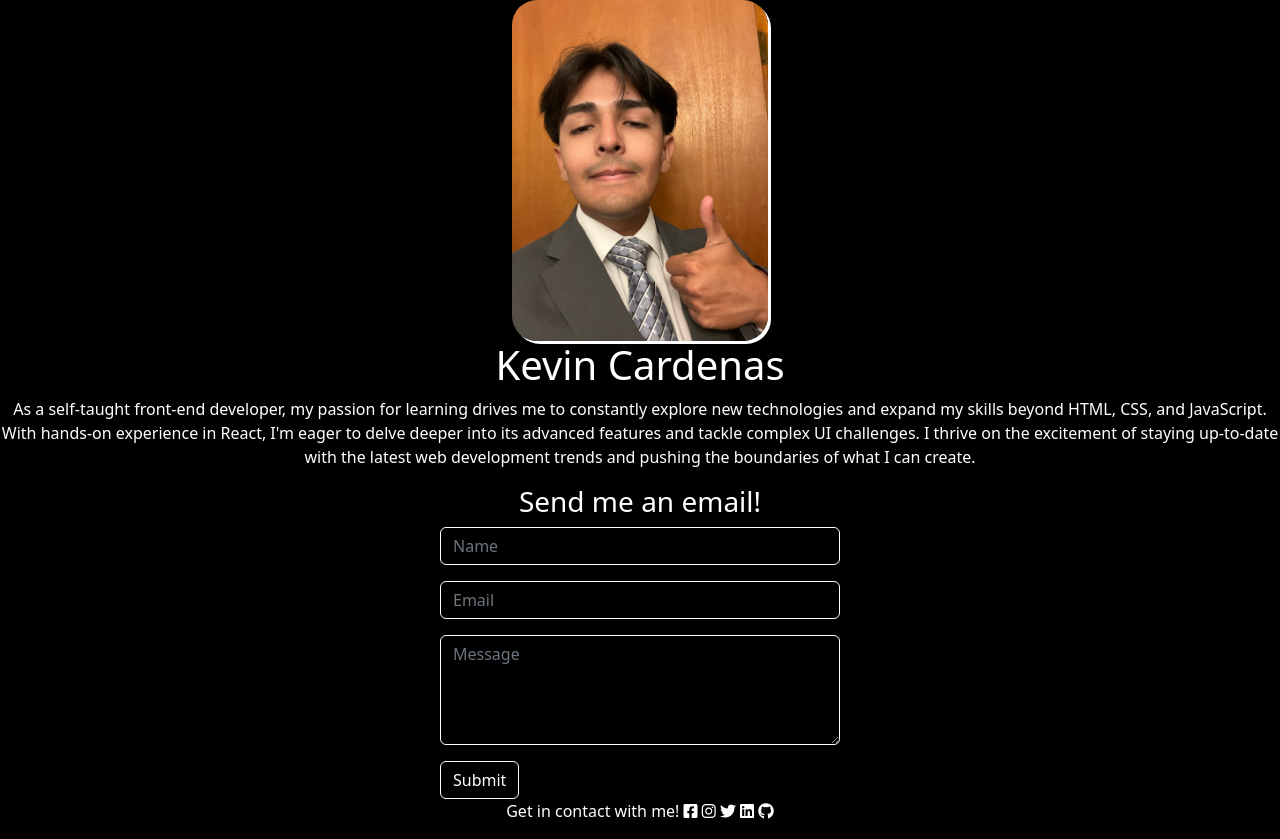
Repository: elqueben/elqueben.github.io
Page: public/index.html
An editor plug-in stored every save of this project. The page is shown before and after the next save, followed by the edit.
The browser window is 1280 px wide. The pictures show the whole page.

Above is the page before, as saved 2023-06-20 12:24:53.

### public/index.html
<!DOCTYPE html>
<html lang="en">
<head>
  <meta charset="UTF-8">
  <meta name="viewport" content="width=device-width, initial-scale=1.0">
  <link rel="stylesheet" href="https://cdnjs.cloudflare.com/ajax/libs/font-awesome/6.4.0/css/all.min.css" integrity="sha512-iecdLmaskl7CVkqkXNQ/ZH/XLlvWZOJyj7Yy7tcenmpD1ypASozpmT/E0iPtmFIB46ZmdtAc9eNBvH0H/ZpiBw==" crossorigin="anonymous" referrerpolicy="no-referrer" />
  <link rel="stylesheet" href="https://cdn.jsdelivr.net/npm/bootstrap@5.2.3/dist/css/bootstrap.min.css" integrity="sha384-rbsA2VBKQhggwzxH7pPCaAqO46MgnOM80zW1RWuH61DGLwZJEdK2Kadq2F9CUG65" crossorigin="anonymous">
  <link rel="stylesheet" href="styles.css">
  <title>elqueben</title>
</head>
<body>
  <div>
    <img id="pfp" src="me.jpg" />
  </div>
  <div>
  <h1 class="text-center">Kevin Cardenas</h1>
  <p class="text-center">As a self-taught front-end developer, my passion for learning drives me to constantly explore new technologies and expand my skills beyond HTML, CSS, and JavaScript. With hands-on experience in React, I'm eager to delve deeper into its advanced features and tackle complex UI challenges. I thrive on the excitement of staying up-to-date with the latest web development trends and pushing the boundaries of what I can create.</p>
  </div>
  <div>
    <div>
      <h3 class="text-center">Send me an email!</h3>
      <form class="my-form">
        <div class="mb-3">
          <input type="text" name="name" class="form-control" placeholder="Name">
        </div>
        <div class="mb-3">
          <input type="email" name="email" class="form-control" placeholder="Email">
        </div>
        <div class="mb-3">
          <textarea class="form-control" rows="4" placeholder="Message"></textarea>
        </div>
        <button type="submit" class="btn btn-primary">Submit</button>
      </form>
    </div>
  </div>
  <div class="text-center">
    <p>Get in contact with me!
      <a href="https://www.facebook.com/eselqueben/" target="_blank"><i class="fa fa-brands fa-square-facebook"></i></a>
      <a href="https://www.instagram.com/elqueben/" target="_blank"><i class="fa fa-brands fa-instagram"></i></a>
      <a href="https://twitter.com/eselqueben" target="_blank"><i class="fa fa-brands fa-twitter"></i></a>
      <a href="https://www.linkedin.com/in/elqueben/" target="_blank"><i class="fa fa-brands fa-linkedin"></i></a>
      <a href="https://github.com/elqueben" target="_blank"><i class="fa fa-brands fa-github"></i></a>
    </p>
  </div>
</body>
</html>

### public/styles.css
#pfp {
    width: 20%;
    display: block;
    margin: 0 auto;
    border: 2px;
    border-radius: 25px;
    box-shadow: 3px 3px;
}

body {
    background-color: #000;
    color: #fff;
}

.my-form {
    max-width: 400px;
    margin: 0 auto;
}

.form-control {
    background-color: #000;
    border: 1px solid #fff;
    color: #fff;
}

.btn-primary {
    background-color: #000;
    border-color: #fff;
}

.btn-primary:hover {
    background-color: #333;
    border-color: #fff;
    color: #fff;
}

.fa {
    color: #fff;
}

.fa:hover {
    color: #333;
  }

After the next save:
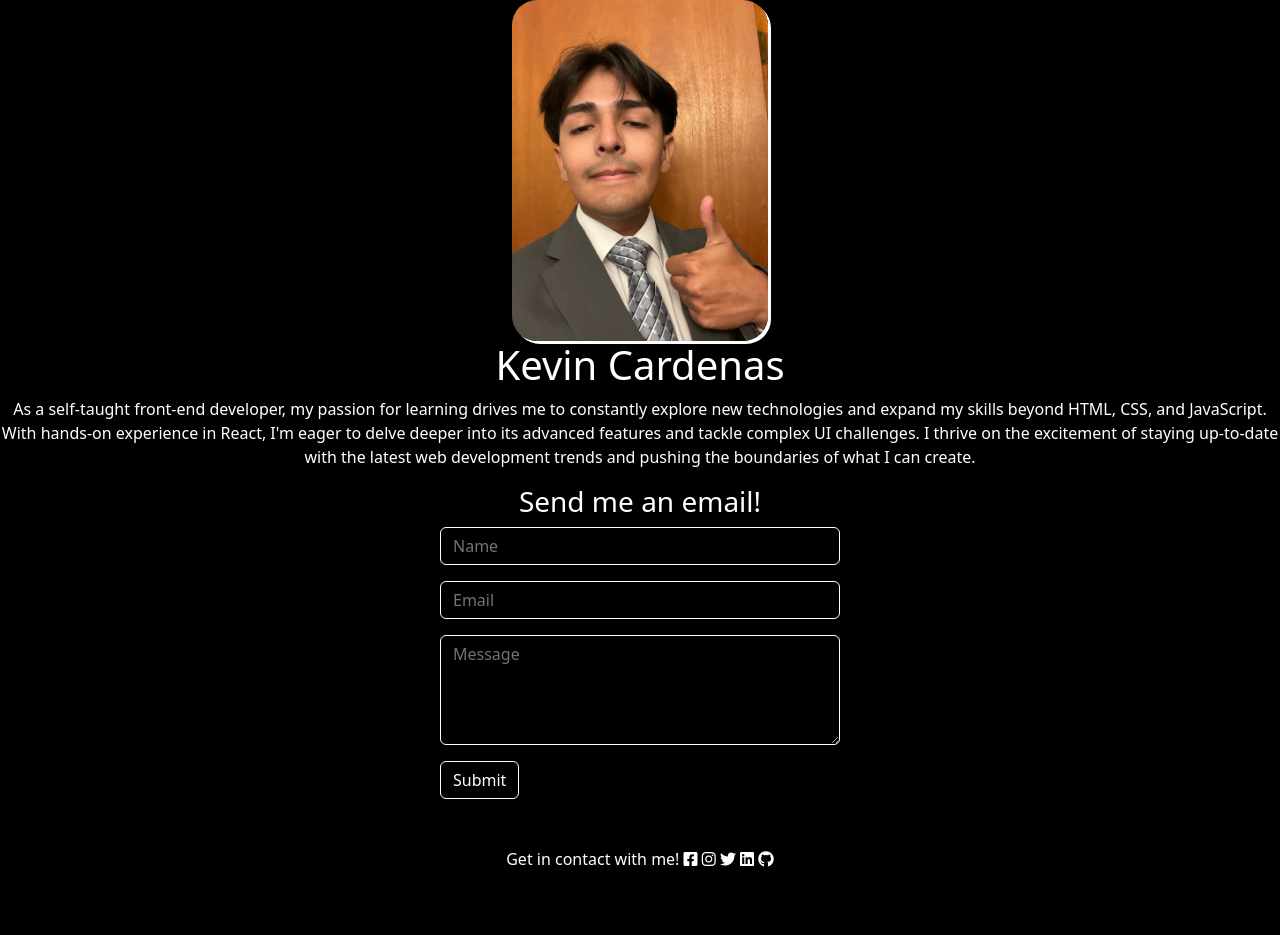
Saved 59 s later.
--- a/public/index.html
+++ b/public/index.html
@@ -33,7 +33,7 @@
       </form>
     </div>
   </div>
-  <div class="text-center">
+  <div class="text-center p-5">
     <p>Get in contact with me!
       <a href="https://www.facebook.com/eselqueben/" target="_blank"><i class="fa fa-brands fa-square-facebook"></i></a>
       <a href="https://www.instagram.com/elqueben/" target="_blank"><i class="fa fa-brands fa-instagram"></i></a>
